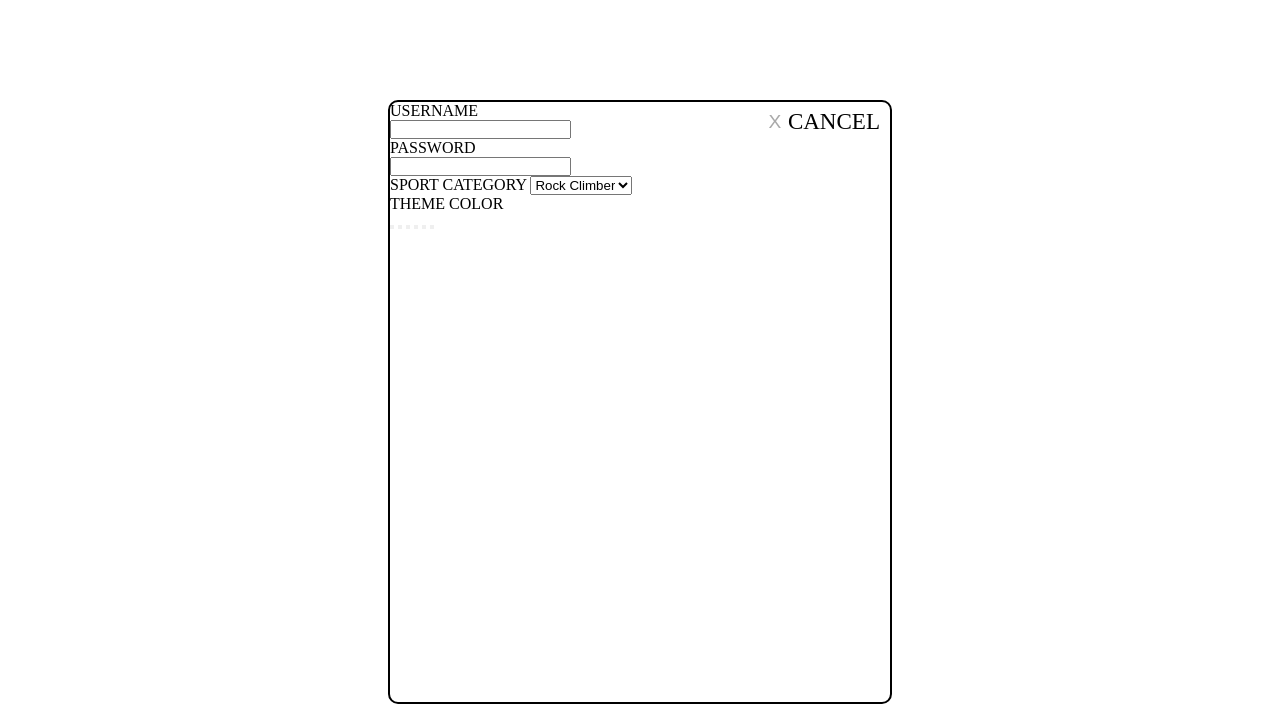
Repository: zRush1202/LoginPage-demo
Page: dom/exercise/login.html
These files come from the project's save history. The page is drawn as it stood at one moment and after the next save; the edit follows.
The browser window is 1280 px wide. The pictures show the whole page.

Above is the page before, as saved 2023-09-17 09:14:44.

### dom/exercise/login.html
<!DOCTYPE html>
<html lang="en">
<head>
    <meta charset="UTF-8">
    <meta name="viewport" content="width=device-width, initial-scale=1.0">
    <title>Login page</title>
    <link rel="stylesheet" href="login.css">
</head>
<body>
    <div class="login">
        <div class="cancel">
            <button class="X">X</button>
            <span class="cancel">CANCEL</span>
        </div>
        <div>
            <span>USERNAME</span>
            <br>
            <input type="USERNAME">
            <br>
            <span>PASSWORD</span>
            <br>
            <input type="PASSWORD">
            <br>
        </div>
        <div>
            <label for="sport">SPORT CATEGORY</label>
            <select name="sport" id="sport">
                <option value="rc">Rock Climber</option>
                <option value="fb">Football</option>
                <option value="bkb">basketball</option>
                <option value="sm">swimming</option>
            </select>
        </div>
        <div>
            <span>THEME COLOR</span>
            <br>
            <button class="bgc" style="color: pink;"></button>
            <button class="bgc" style="color: wheat;"></button>
            <button class="bgc" style="color: green;"></button>
            <button class="bgc" style="color: violet;"></button>
            <button class="bgc" style="color: cyan;"></button>
            <button class="bgc" style="color: gray;"></button>
        </div>
    </div>
</body>
</html>

### dom/exercise/login.css
* {
    margin: 0;
    padding: 0;
}

body {
    display: flex;
    justify-content: center;
    align-items: center;
    position: relative;
    top: 100px;
    background-image: linear-gradient(to right, cyans, violet);
}

.login {
    display: block;
    width: 500px;
    height: 600px;
    background-color: white;
    border: 2px solid black;
    border-radius: 10px;
    position: relative;
}

.cancel {
    position: absolute;
    right: 5px;
    top: 3px;
}

.cancel {
    font-size: 120%;

}

.X {
    height: 20px;
    width: 20px;
    color: darkgray;
    font-size: 100%;
    border: none;
    background-color: transparent;
    position: absolute;
    right: 100px;
    top: 6px;
}

After the next save:
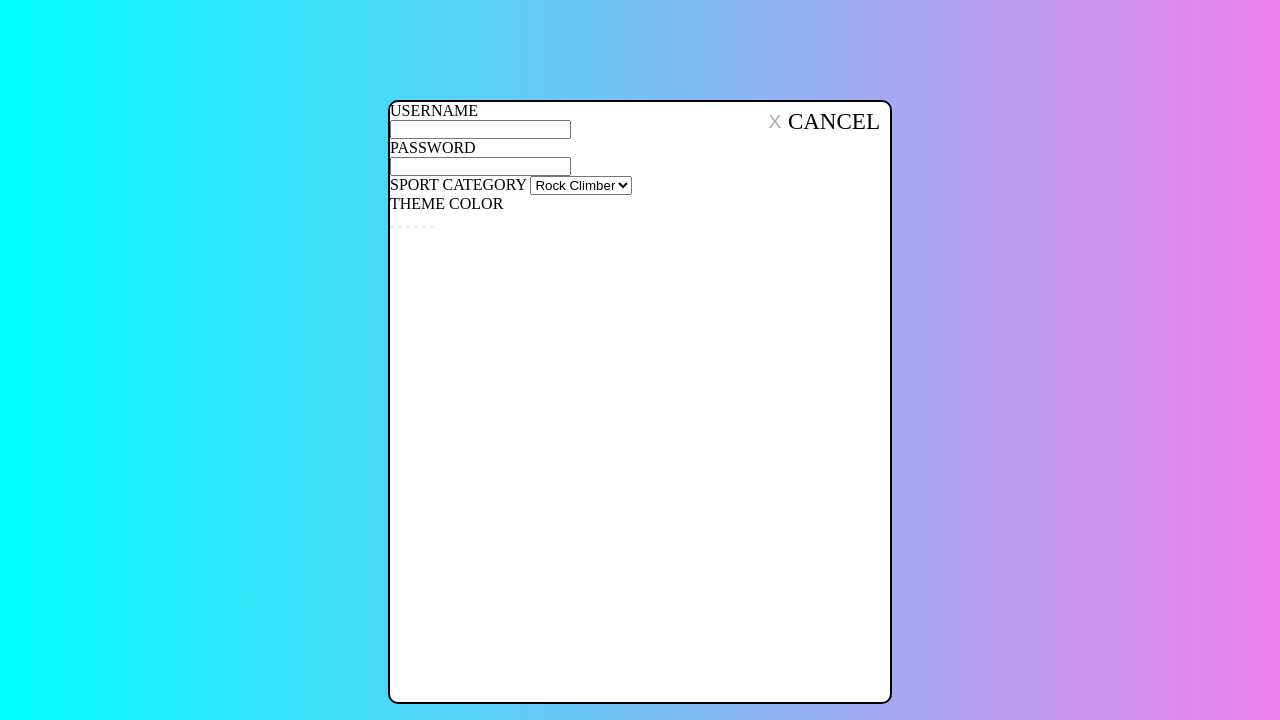
Saved 27 s later.
--- a/dom/exercise/login.css
+++ b/dom/exercise/login.css
@@ -9,7 +9,7 @@ body {
     align-items: center;
     position: relative;
     top: 100px;
-    background-image: linear-gradient(to right, cyans, violet);
+    background-image: linear-gradient(to right, cyan, violet);
 }
 
 .login {
